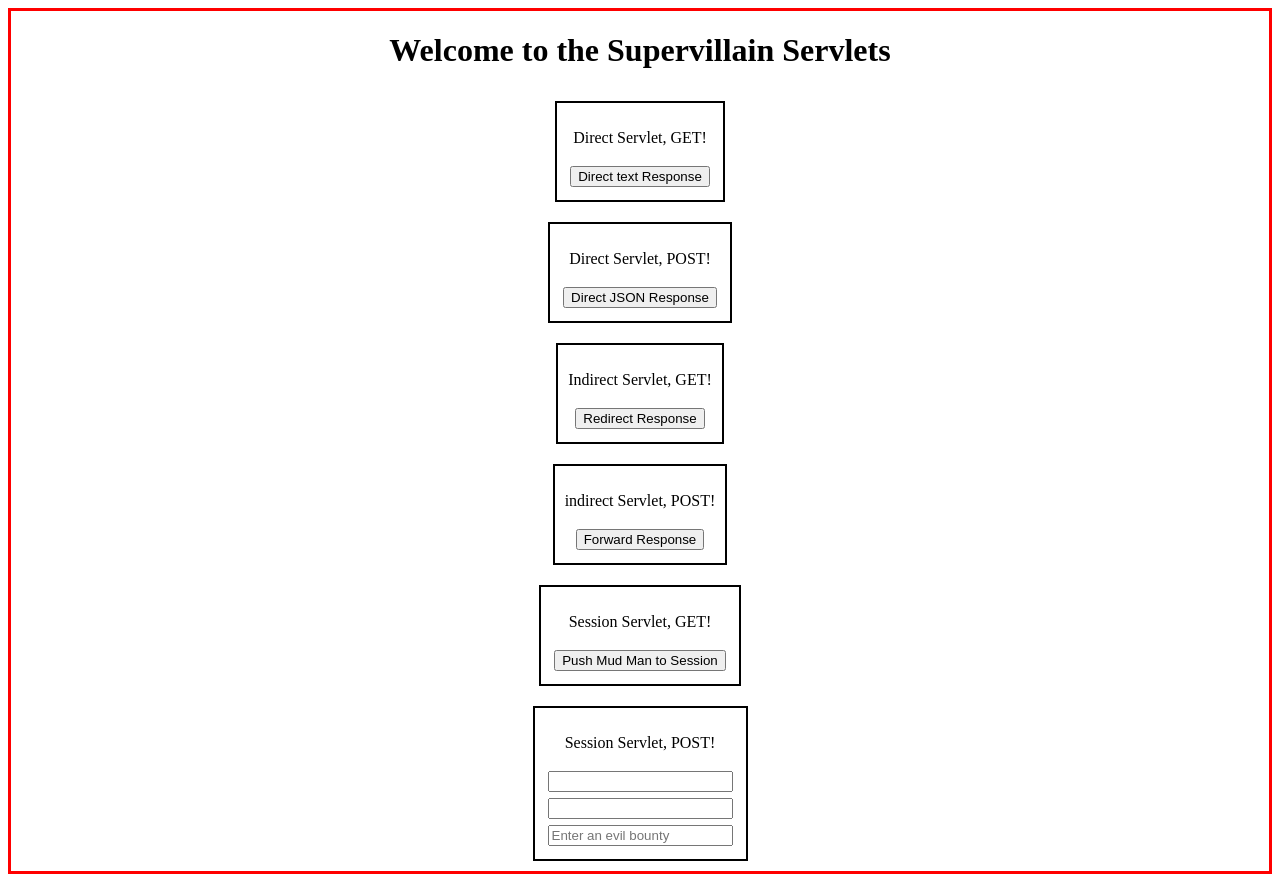
Repository: 210222-reston-java-msa/week2
Page: HelloServlets/src/main/webapp/index.html
These files come from the project's save history. The page is drawn as it stood at one moment and after the next save; the edit follows.
The browser window is 1280 px wide. The pictures show the whole page.

Above is the page before, as saved 2021-03-04 23:20:45.

### HelloServlets/src/main/webapp/index.html
<!DOCTYPE html>
<html>
<head>
<meta charset="ISO-8859-1">
<title>Welcome!!</title>
<link rel="stylesheet" type="text/css" href="resources/css/styles.css" />
</head>
<body>
	<div class="supervillain-container">
		<h1>Welcome to the Supervillain Servlets</h1>

		<!-- don't use a slash in the action when I'm specifying that I want to contact that particular servlet -->
		<form method="GET" action="dirserv">
			<p>Direct Servlet, GET!</p>
			<input type="submit" value="Direct text Response"></input>
		</form>

		<form method="POST" action="dirserv">
			<p>Direct Servlet, POST!</p>
			<input type="submit" value="Direct JSON Response"></input>
		</form>

		<!-- form hit the doGet() method in the indirect servlet-->
		<form method="GET" action="indirserv">
			<p>Indirect Servlet, GET!</p>
			<input type="submit" value="Redirect Response"></input>
		</form>

		<!-- form hit the doPost method in the indirect servlet -->
		<form method="POST" action="indirserv">
			<p>indirect Servlet, POST!</p>
			<input type="submit" value="Forward Response"></input>
		</form>

		<!-- 3 more forms hitting our session servlets to be made-->

		<form method="GET" action="sesserv">
			<p>Session Servlet, GET!</p>
			<input type="submit" value="Push Mud Man to Session"></input>
		</form>

		<form method="POST" action="sesserv">
			<p>Session Servlet, POST!</p>
			<input type="text" name="name" placehodler="Enter an evil name" /> <br />
			<input type="text" name="superpower" placehodler="Enter an evil superpower" /> <br />
			<input type="text" name="bounty" placeholder="Enter an evil bounty" /> <br />




		</form>


	</div>

</body>
</html>

### HelloServlets/src/main/webapp/resources/css/styles.css
.supervillain-container {
    display: flex;
    flex-direction: column;
    align-items: center;
    border: 3px red solid;
    text-align: center;
}

form {
    border: 2px solid black;
    padding: 10px;
    margin: 10px;
}

input {
    margin: 3px;
}

After the next save:
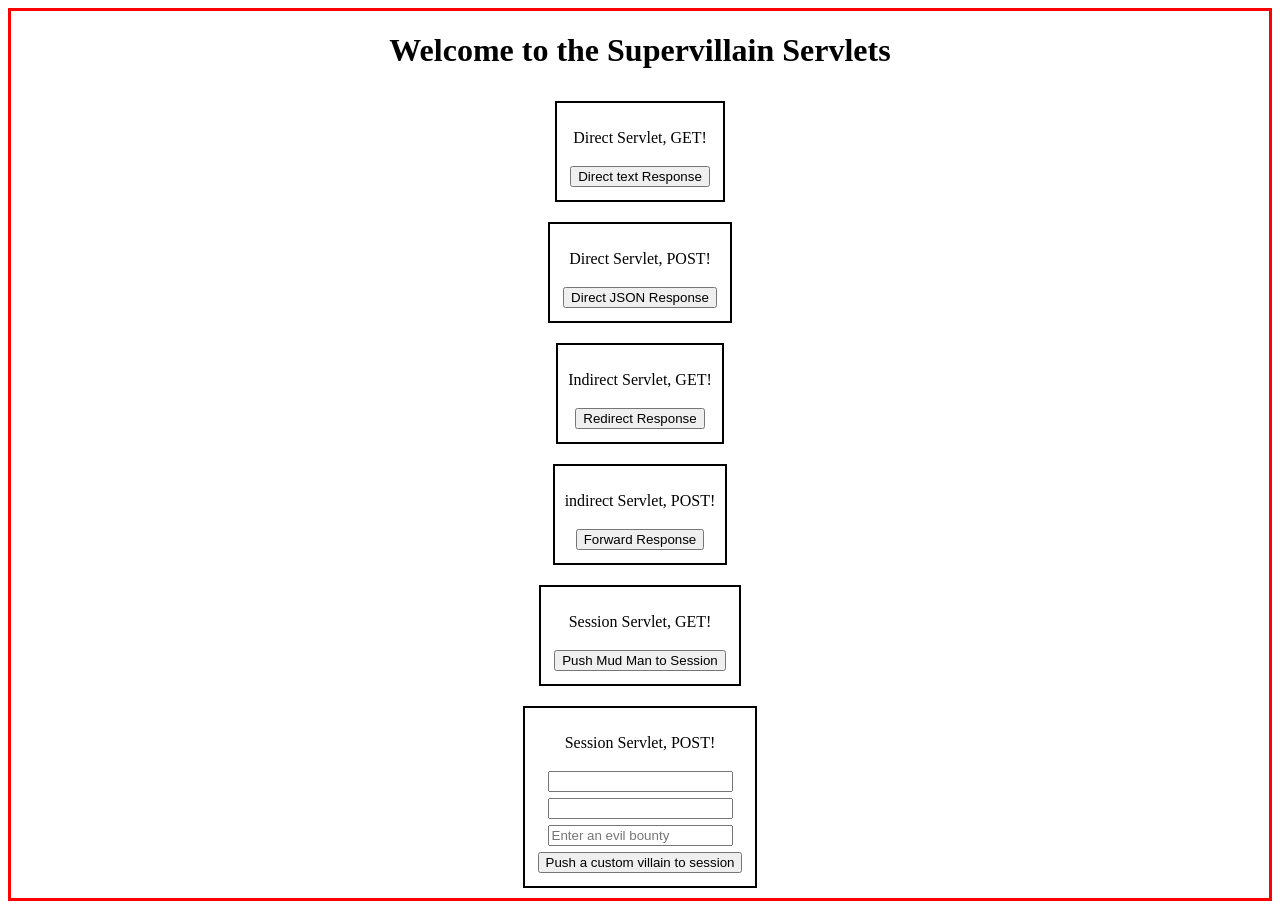
Saved 76 s later.
--- a/HelloServlets/src/main/webapp/index.html
+++ b/HelloServlets/src/main/webapp/index.html
@@ -43,9 +43,8 @@
 			<p>Session Servlet, POST!</p>
 			<input type="text" name="name" placehodler="Enter an evil name" /> <br />
 			<input type="text" name="superpower" placehodler="Enter an evil superpower" /> <br />
-			<input type="text" name="bounty" placeholder="Enter an evil bounty" /> <br />
-
-
+			<input type="number" name="bounty" placeholder="Enter an evil bounty" /> <br />
+			<input type="submit" value="Push a custom villain to session" /> <br />
 
 
 		</form>
